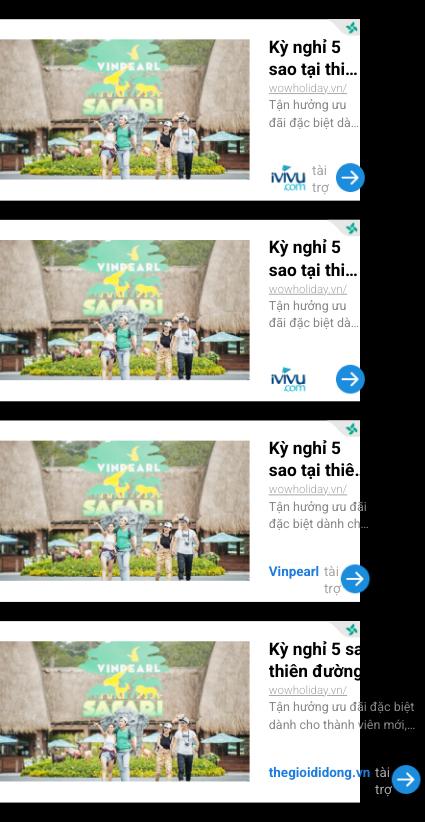
Repository: cuongnguyen1116/Cut-Template
Page: article-card/index.html
An editor plug-in stored every save of this project. The page is shown before and after the next save, followed by the edit.
The browser window is 375 px wide. The page is 443 px wide, then 375 px, then 443 px, so the pictures cover 443 px, including what lies to the right of the window. The pictures show the whole page, at 96% of full size.
The style sheet was rebuilt from its Sass, Less or Tailwind sources for each picture, by a compiler version that may differ from the author's.

Above is the page before, as saved 2023-07-19 14:40:45.

After the next save:
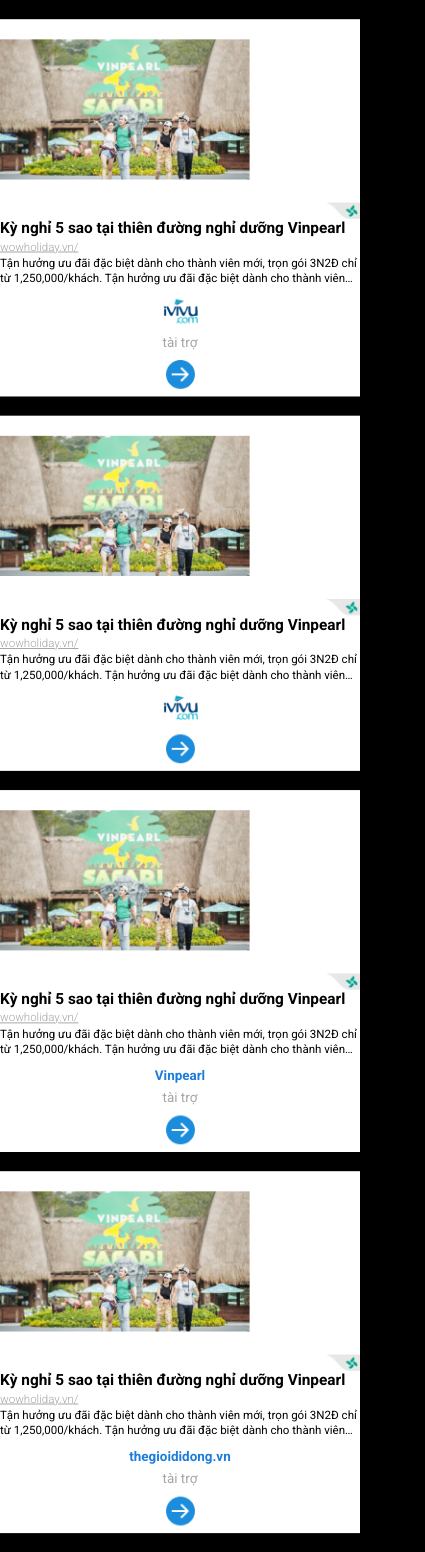
Saved 90 min 10 s later.
--- a/article-card/src/scss/style.scss
+++ b/article-card/src/scss/style.scss
@@ -83,3 +83,44 @@
     }
   }
 }
+
+@media screen and (min-width: 320px) and (max-width: 480px) {
+  .card {
+    flex-direction: column;
+    height: auto;
+
+    &__content {
+      padding-right: 0;
+    }
+
+    &__body {
+      &--title {
+        @include customizeText(16px, 700, 20px);
+        -webkit-line-clamp: 3;
+      }
+
+      &--description {
+        @include customizeText(12px, 400, 16px);
+      }
+    }
+
+    &__footer {
+      flex-direction: column;
+      margin-top: 10px;
+
+      &--left {
+        flex-direction: column;
+        align-items: flex-start;
+
+        & > *:not(:last-child) {
+          margin-bottom: 5px;
+          margin-right: 0;
+        }
+      }
+
+      &--right {
+        margin-top: 10px;
+      }
+    }
+  }
+}

After the save that followed:
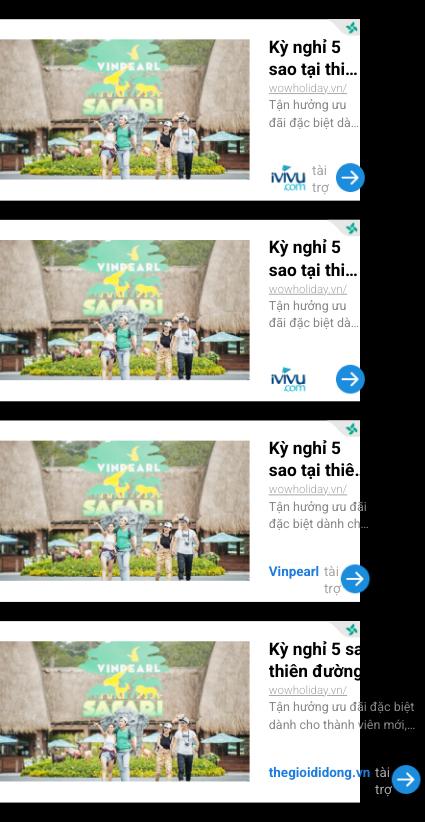
Saved 4 min 35 s later.
--- a/article-card/src/scss/style.scss
+++ b/article-card/src/scss/style.scss
@@ -83,44 +83,3 @@
     }
   }
 }
-
-@media screen and (min-width: 320px) and (max-width: 480px) {
-  .card {
-    flex-direction: column;
-    height: auto;
-
-    &__content {
-      padding-right: 0;
-    }
-
-    &__body {
-      &--title {
-        @include customizeText(16px, 700, 20px);
-        -webkit-line-clamp: 3;
-      }
-
-      &--description {
-        @include customizeText(12px, 400, 16px);
-      }
-    }
-
-    &__footer {
-      flex-direction: column;
-      margin-top: 10px;
-
-      &--left {
-        flex-direction: column;
-        align-items: flex-start;
-
-        & > *:not(:last-child) {
-          margin-bottom: 5px;
-          margin-right: 0;
-        }
-      }
-
-      &--right {
-        margin-top: 10px;
-      }
-    }
-  }
-}
